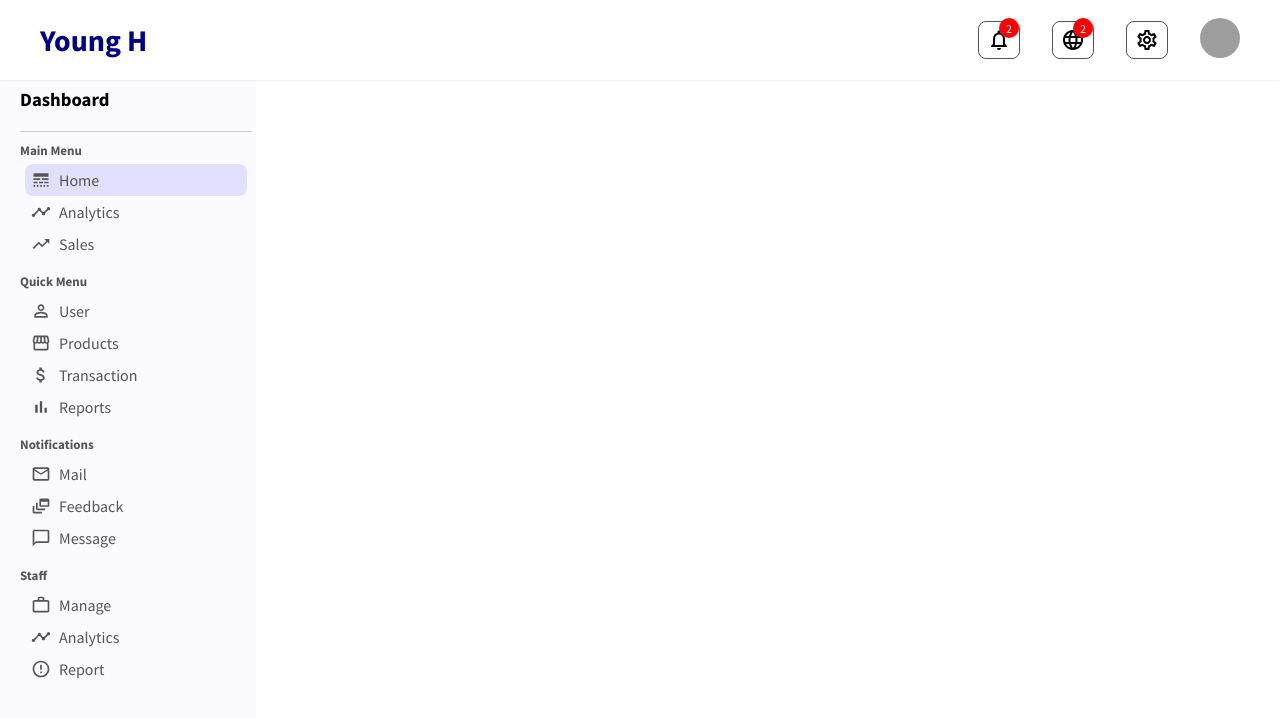
Repository: noname20011/admin
Page: /register
The author's editor kept a copy of each file at every save. The page is drawn from the files as they stood at one save, then again after the next save.
The browser window is 1280 px wide. The pictures show the whole page.
Pictures or frames that could not be fetched are drawn as grey boxes. The project was rebuilt for these pictures with package versions that can differ from the ones it lists, and the page was loaded fresh each time. Also part of the build but not shown: src/pages/home/home.css, src/comopnents/featureInfo/feature.css, src/comopnents/featureInfo/Feature.jsx, src/comopnents/chart/chart.css, src/comopnents/chart/Chart.jsx, src/comopnents/widgetSm/widgetSm.css, src/comopnents/widgetSm/WidgetSm.jsx, src/comopnents/widgetLg/widgetLg.css and 7 more.

Above is the page before, as saved 2021-11-14 15:00:05.

### public/index.html
<!DOCTYPE html>
<html lang="en">
  <head>
    <meta charset="utf-8" />
    <meta name="viewport" content="width=device-width, initial-scale=1" />
    <meta name="theme-color" content="#000000" />
    <meta
      name="description"
      content="Web site created using create-react-app"
    />
    <!-- GOOGLE FONTS -->
    <link href="https://fonts.googleapis.com/css2?family=Source+Sans+Pro:wght@200;300;400;600;700;900&display=swap" rel="stylesheet">
    <style>
      * {
        font-family: 'Source Sans Pro', sans-serif;
        padding: 0;
        margin: 0;
      }
    </style>
    <title>React Admin App</title>
  </head>
  <body>
    <div id="root"></div>
  </body>
</html>

### src/App.js
import Topbar from "./comopnents/topbar/Topbar";
import Sidebar from "./comopnents/sidebar/Sidebar";
import Home from "./pages/home/Home.jsx"
import UserList from "./pages/userList/UserList";
import User from "./pages/user/User";
import NewUser from "./pages/newUser/NewUser";
import './app.css'

import {BrowserRouter as Router, Routes , Route} from "react-router-dom"
function App() {
  return (
    <div>
      <Router>
        <Topbar/>
        <div className="container">
          <Sidebar/>
          <Routes >
            <Route path="/" exact element={<Home/>}/>
            <Route path="/users" exact element={<UserList/>}/>
            <Route path="/user/:userId" exact element={<User/>}/>
            <Route path="/register" exact element={<NewUser/>}/>
          </Routes>
        </div>
      </Router>
    </div>
  );
}

export default App;

### src/comopnents/topbar/Topbar.jsx
import React from 'react'
import './topbar.css'

import { Language, NotificationsNone, SettingsOutlined  } from '@material-ui/icons'

export default function Topbar() {
    return (
        <div className="topbar">
            <div className="topbarWrapper">
                <div className="topLeft">
                    <div className="logo">Young H</div>
                </div>
                <div className="topRight">
                    <div className="topbarIconContainer">
                        <NotificationsNone/>
                        <div className="topIconsBadge">2</div>
                    </div>
                    <div className="topbarIconContainer">
                        <Language/>
                        <div className="topIconsBadge">2</div>
                    </div>
                    <div className="topbarIconContainer">
                        <SettingsOutlined/>
                    </div>
                    <div>
                        <img src="https://images.pexels.com/photos/1526814/pexels-photo-1526814.jpeg?auto=compress&cs=tinysrgb&dpr=2&w=500" alt="admin" className="topAvatar"/>
                    </div>
                </div>
            </div>
        </div>
    )
}

### src/comopnents/sidebar/Sidebar.jsx
import { AttachMoney, BarChart, ChatBubbleOutline, DynamicFeed, ErrorOutline, LineStyle, MailOutlined, PersonOutline, Storefront, Timeline, TrendingUp,  WorkOutlineOutlined } from '@material-ui/icons'
import React from 'react'
import "./sidebar.css"
export default function Sidebar() {
    return (
        <div className="sidebar">
            <div className="sidebarWrapper">
                <h3 className="sidebarTitle">Dashboard</h3>
                <div className="sidebarMenu">
                    <h4 className="sidebarMenuTitle">Main Menu</h4>
                    <ul className="sidebarLists">
                        <li className="sidebarListItem active">
                            <LineStyle className="sidebarIcon"/>
                            Home
                        </li>
                        <li className="sidebarListItem">
                            <Timeline className="sidebarIcon"/>
                            Analytics
                        </li>
                        <li className="sidebarListItem">
                            <TrendingUp className="sidebarIcon"/>
                            Sales
                        </li>
                    </ul>
                </div>
                <div className="sidebarMenu">
                    <h4 className="sidebarMenuTitle">Quick Menu</h4>
                    <ul className="sidebarLists">
                        <li className="sidebarListItem">
                            <PersonOutline className="sidebarIcon"/>
                            User
                        </li>
                        <li className="sidebarListItem">
                            <Storefront className="sidebarIcon"/>
                            Products
                        </li>
                        <li className="sidebarListItem">
                            <AttachMoney className="sidebarIcon"/>
                            Transaction
                        </li>
                        <li className="sidebarListItem">
                            <BarChart className="sidebarIcon"/>
                            Reports
                        </li>
                    </ul>
                </div>
                <div className="sidebarMenu">
                    <h4 className="sidebarMenuTitle">Notifications</h4>
                    <ul className="sidebarLists">
                        <li className="sidebarListItem">
                            <MailOutlined className="sidebarIcon"/>
                            Mail
                        </li>
                        <li className="sidebarListItem">
                            <DynamicFeed className="sidebarIcon"/>
                            Feedback
                        </li>
                        <li className="sidebarListItem">
                            <ChatBubbleOutline className="sidebarIcon"/>
                            Message
                        </li>
                    </ul>
                </div>
                <div className="sidebarMenu">
                    <h4 className="sidebarMenuTitle">Staff</h4>
                    <ul className="sidebarLists">
                        <li className="sidebarListItem">
                            <WorkOutlineOutlined className="sidebarIcon"/>
                            Manage
                        </li>
                        <li className="sidebarListItem">
                            <Timeline className="sidebarIcon"/>
                            Analytics
                        </li>
                        <li className="sidebarListItem">
                            <ErrorOutline className="sidebarIcon"/>
                            Report
                        </li>
                    </ul>
                </div>
            </div>
        </div>
    )
}

### src/pages/newUser/NewUser.jsx
import "./newUser.css"

export default function NewUser() {
    return (
        <div className="newUser">

        </div>
    )
}

### src/app.css
ul, li {
    list-style: none;
}

a {
    text-decoration: none;
}

.container {
    display: flex;
}

.other {
    flex: 4;
}

button, input {
    border: none;
    outline: none;
}

### src/comopnents/topbar/topbar.css
.topbar {
    width: 100%;
    height: 80px;
    background: #fff;
    box-shadow: 0 .5px 2px rgba(0, 0, 0, 0.07);

    position: sticky;
    top: 0;
    z-index: 1000;
}

.topbarWrapper {
    height: 100%;
    padding: 0 40px;
    display: flex;
    justify-content: space-between;
    align-items: center;
}

.logo {
    font-weight: bold;
    font-size: 30px;
    color: darkblue;
    cursor: pointer;
}

.topRight {
    display: flex;
    align-items: center;
    column-gap: 2rem;
}
.topbarIconContainer {
    position: relative;
    cursor: pointer;
    width: 40px;
    height: 36px;
    border: 1px solid #555;
    border-radius: .5rem;
    display: flex;
    align-items: center;
    justify-content: center;
}

.topbarIconContainer:hover {
    background-color: rgb(248, 246, 246);
}

.topIconsBadge {
    font-size: 12px;
    position: absolute;
    top: -4px;
    right: 0px;

    width: 20px;
    height: 20px;
    background-color: red;
    color: #fff;
    border-radius: 50%;

    display: flex;
    place-content: center;
    place-items: center;
}

.topAvatar {
    width: 40px;
    height: 40px;
    object-fit: cover;
    border-radius: 50%;
    cursor: pointer;
}

### src/comopnents/sidebar/sidebar.css
.sidebar {
    flex: 1;
    background-color: rgb(251, 251, 255);
    position: sticky;
    top: 80px;
    height: calc(100vh - 80px);
}

.sidebarWrapper {
    padding: 8px 4px 0 20px;
}

.sidebarTitle {
    padding-bottom: 20px;
    margin-bottom: 10px;
    border-bottom: 1px solid #ccc;
}

.sidebarMenu {
    margin-bottom: 8px;
}

.sidebarMenuTitle {
    color: #555;
    font-size: 13px;
}

.sidebarLists {
    padding: 5px;
}

.sidebarListItem {
    display: flex;
    align-items: center;
    column-gap: .5rem;

    padding: 6px;
    color: #555;
    cursor: pointer;
    border-radius: .5rem;
}

.sidebarListItem.active,
.sidebarListItem:hover {
    background-color: rgb(225, 225, 255);
}

.sidebarIcon {
    font-size: 20px!important;
}

### src/pages/newUser/newUser.css
.newUser {
    flex: 4;
}

Loaded but not shown: src/index.js (common file)

After the next save:
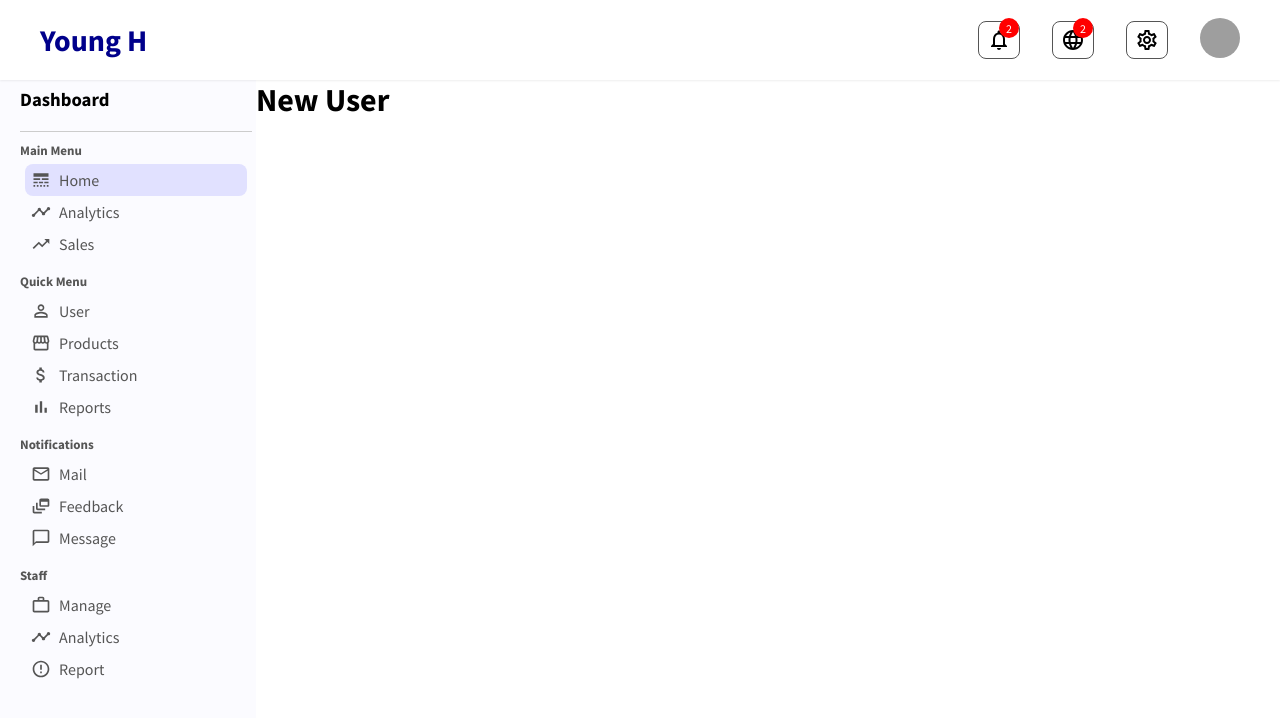
Saved 10 min 6 s later.
--- a/src/pages/newUser/NewUser.jsx
+++ b/src/pages/newUser/NewUser.jsx
@@ -3,7 +3,12 @@ import "./newUser.css"
 export default function NewUser() {
     return (
         <div className="newUser">
+            <h1 className="newUserTitle">New User</h1>
+            <div className="newUserContainer">
+                <form action="" className="newUserForm">
 
+                </form>
+            </div>
         </div>
     )
 }
